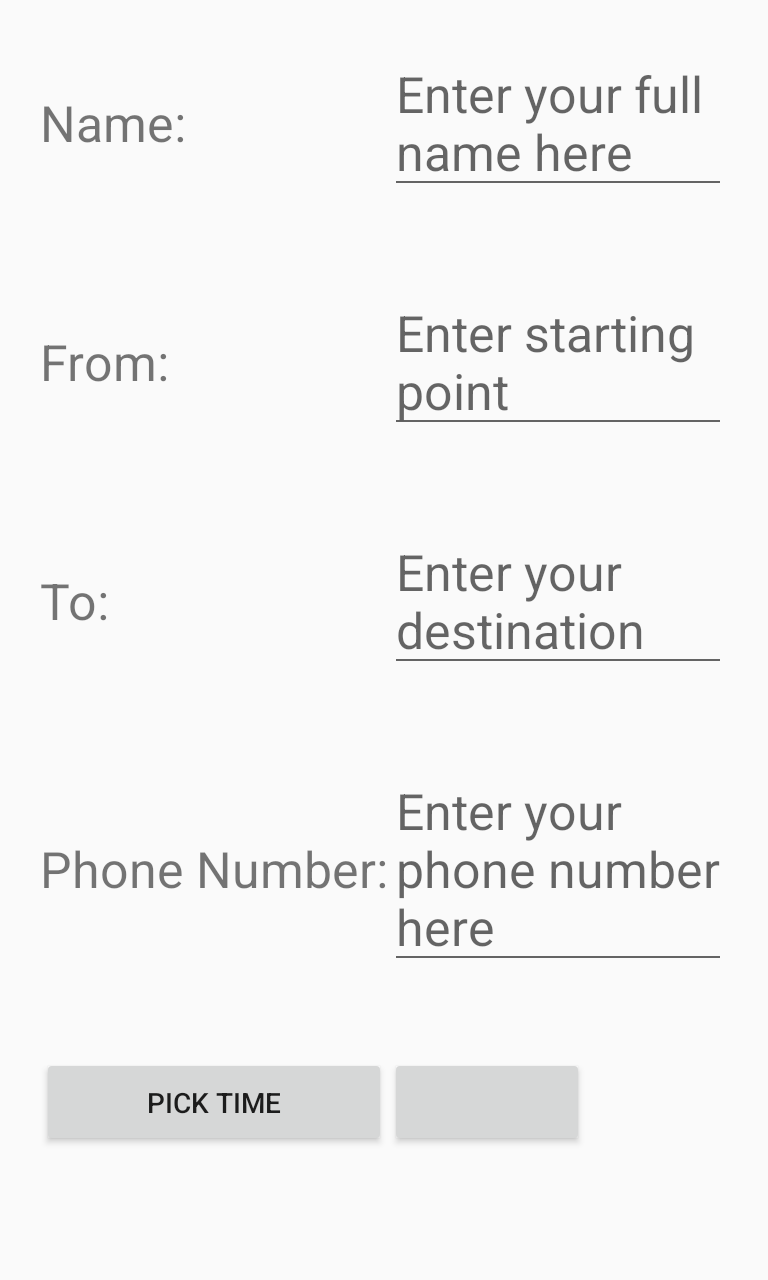
Repository: TewodrosT/LiLY
Layout: TransportationLily/res/layout/activity_main.xml
An editor plug-in stored every save of this project. The layout is shown before and after the next save, followed by the edit.
It is drawn on a 768 x 1280 px phone screen (xhdpi) without system bars, with theme AppTheme; the app's code is not run.

Above is the layout before, as saved 2014-08-06 12:38:32.

After the next save:
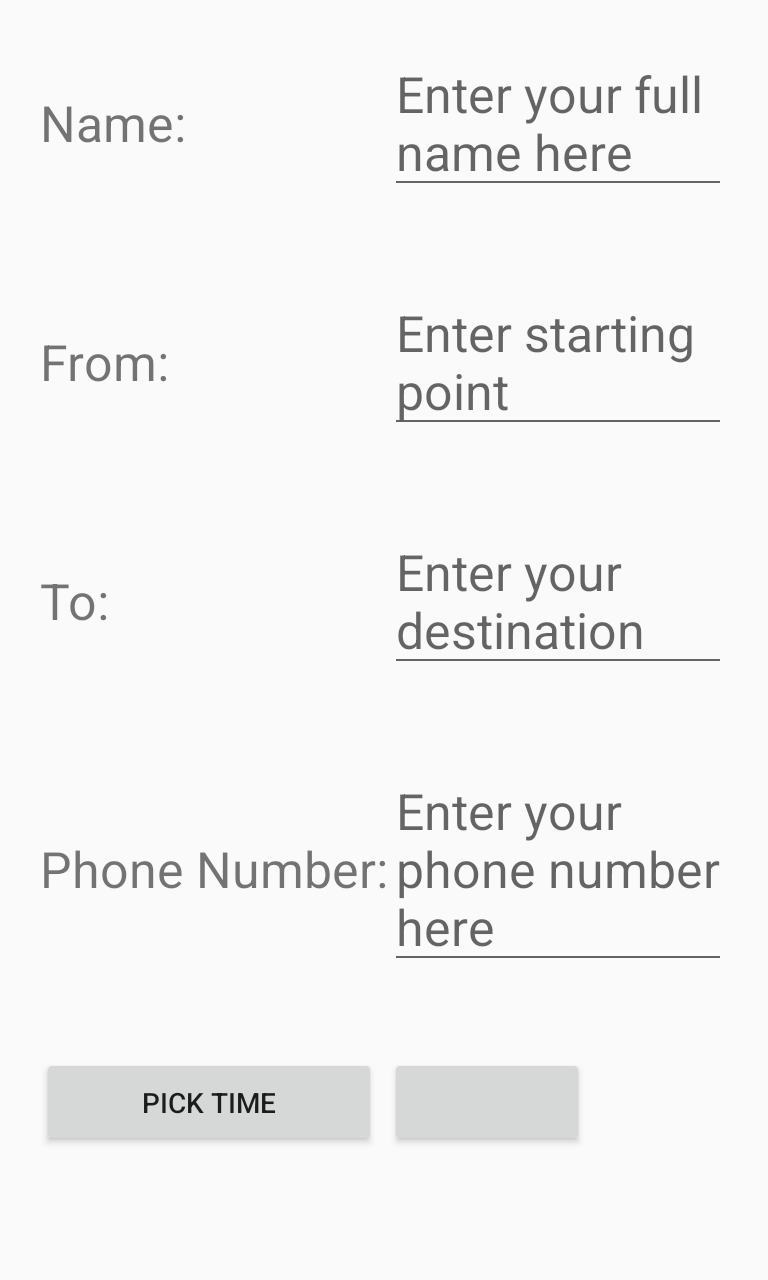
Saved 63 s later.
--- a/TransportationLily/res/layout/activity_main.xml
+++ b/TransportationLily/res/layout/activity_main.xml
@@ -97,7 +97,8 @@
                 android:layout_width="wrap_content"
                 android:layout_height="wrap_content"
                 android:onClick="showTimePickerDialog"
-                android:text="@string/pick_time" />
+                android:text="@string/pick_time"
+                android:layout_marginRight="5sp" />
 
             <Button
                 android:layout_width="wrap_content"
